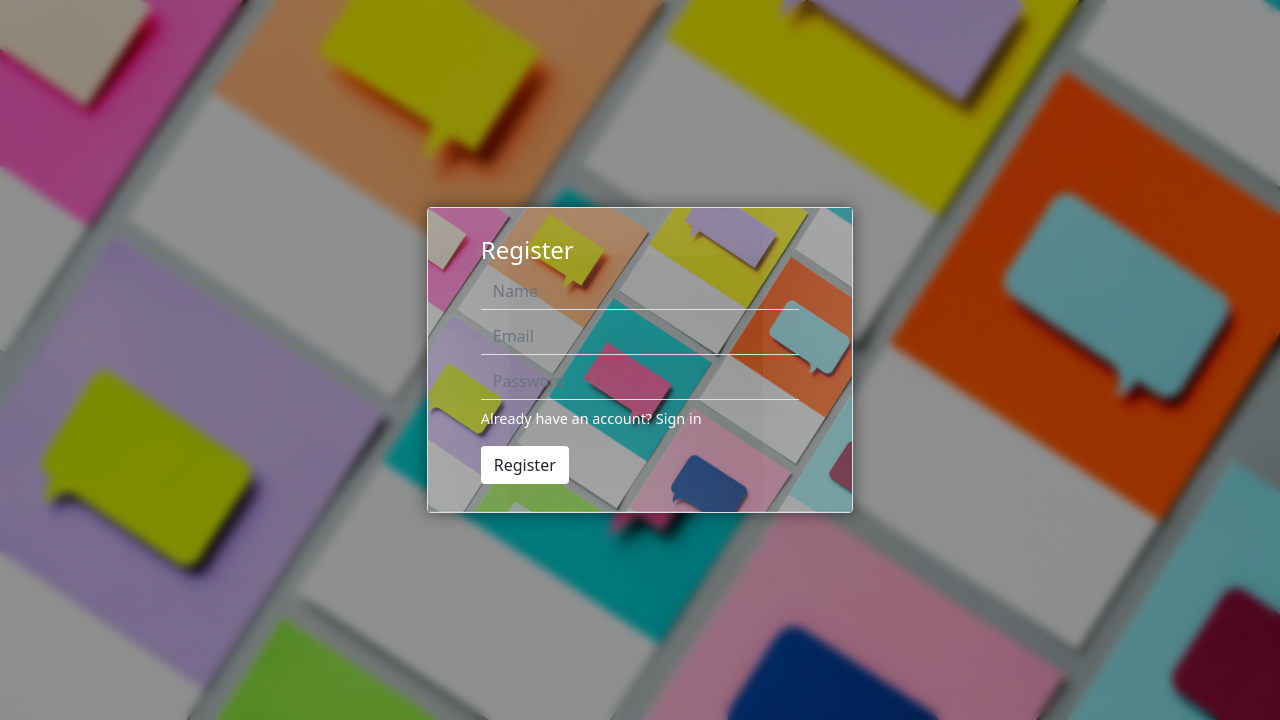
Repository: SaudCh/React-login
Page: /register
These files come from the project's save history. The page is drawn as it stood at one moment and after the next save; the edit follows.
The browser window is 1280 px wide. The pictures show the whole page.
The project was rebuilt for these pictures with package versions that can differ from the ones it lists, and the page was loaded fresh each time. Also part of the build but not shown: src/Components/Login/loginValidation.js, src/Components/Login/Login.jsx, src/Components/Shared/Header.jsx, src/Components/NotFound/NotFound.jsx.

Above is the page before, as saved 2022-02-06 15:33:17.

After the next save:
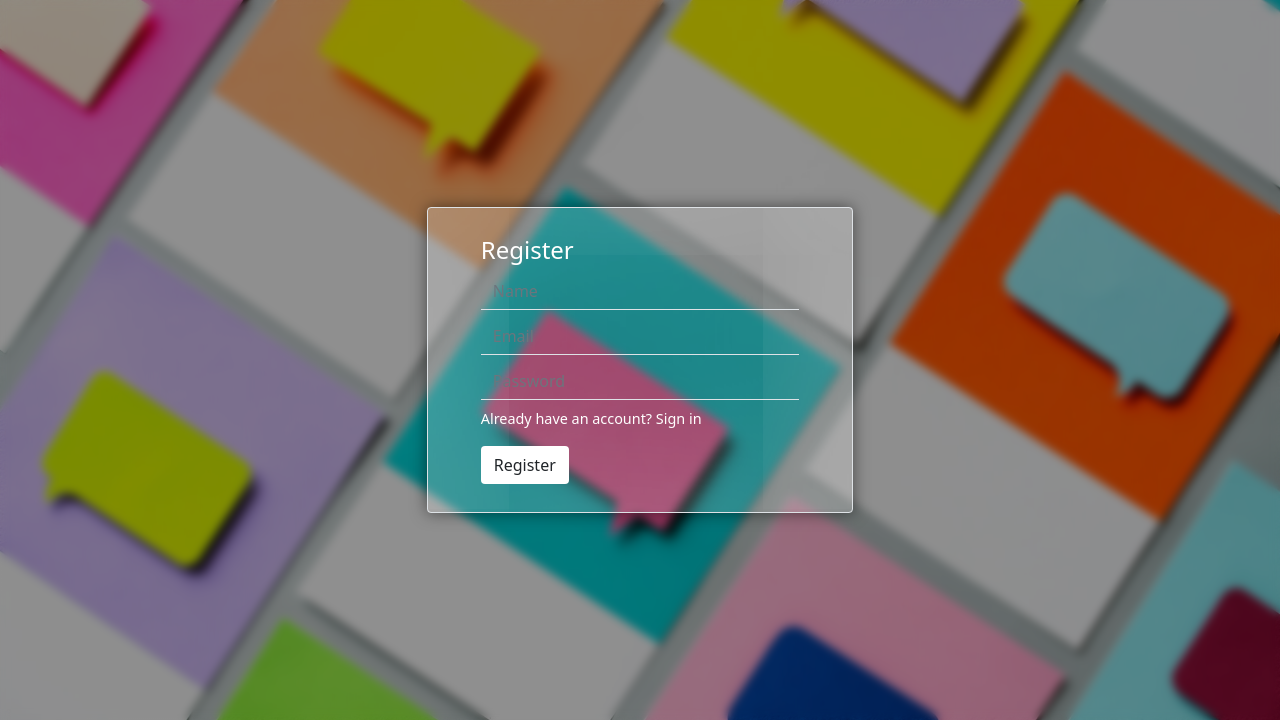
Saved 16 s later.
--- a/src/Components/Register/Register.css
+++ b/src/Components/Register/Register.css
@@ -32,7 +32,7 @@
 
   box-shadow: 0 0 1rem 0 rgba(0, 0, 0, 0.5);
   position: relative;
-  background: inherit;
+
   z-index: 1;
 }
 .background-text::before {
